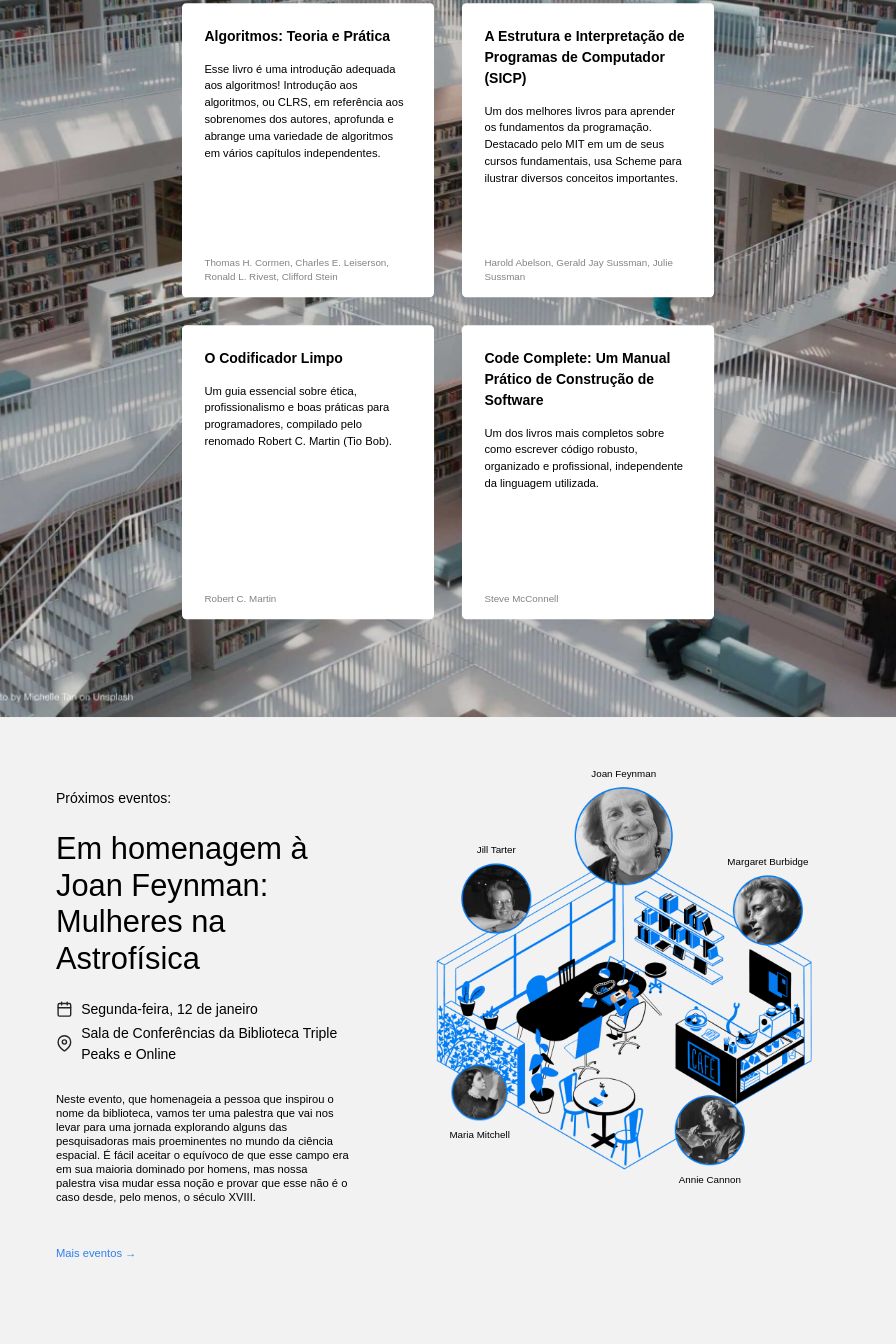
Repository: thainagomesc/web_project_library_pt
Page: index.html
An editor plug-in stored every save of this project. The page is shown before and after the next save, followed by the edit.
The browser window is 1280 px wide. The pictures show the part of the page from y = 962 to 2882 px (the page is 2882 px tall), at 70% of full size.

Above is the page before, as saved 2025-12-28 21:45:13.

After the next save:
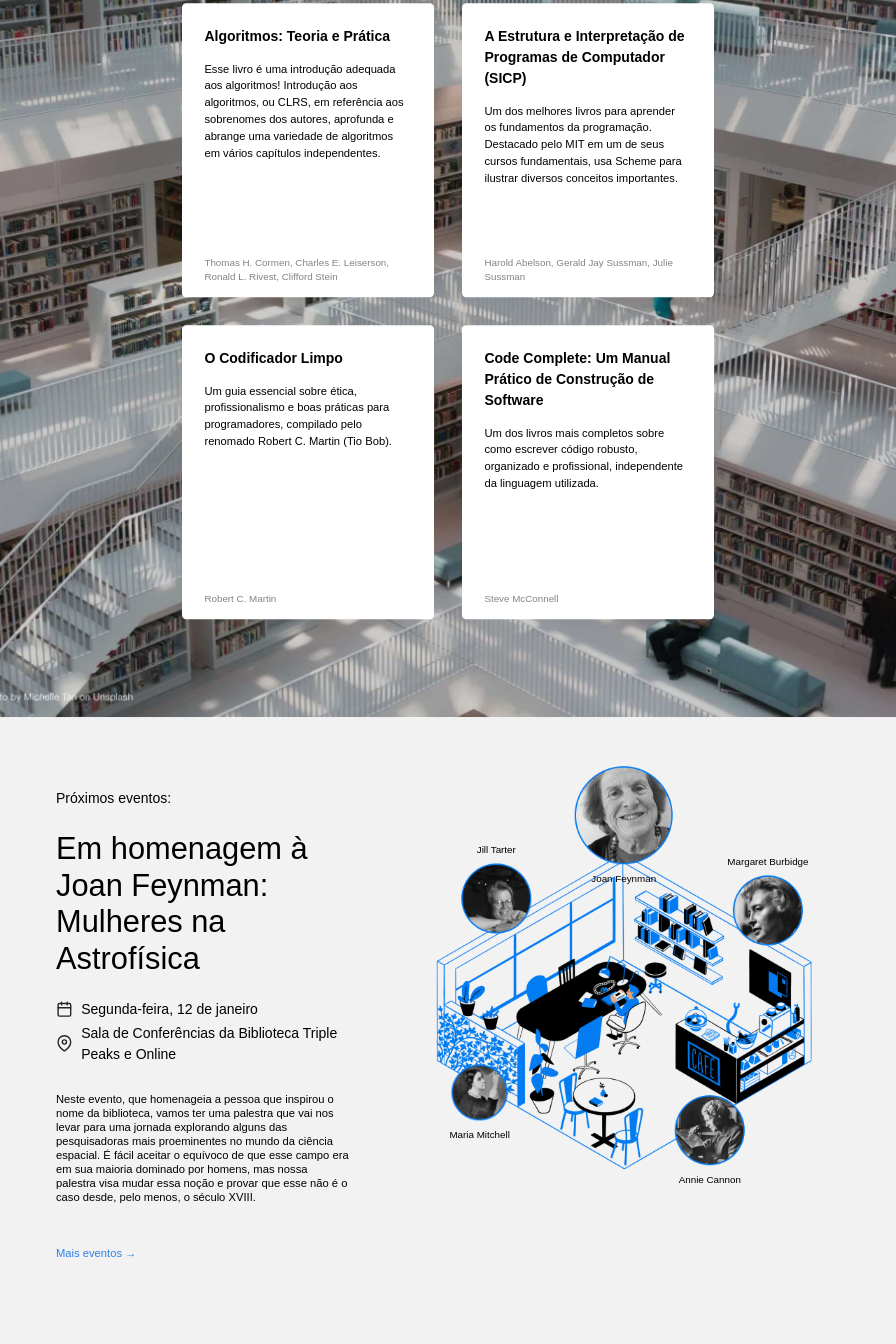
Saved 19 min 29 s later.
--- a/index.html
+++ b/index.html
@@ -166,15 +166,15 @@
             class="events__image"
           />
 
-          <div class="person person_name_feynman">
-            <p class="person__caption">Joan Feynman</p>
-
-            <img
-              src="./images/person_feynman.png"
-              alt="Ilustração de Joan Feynman"
-              class="person__image person__image_size_l"
-            />
-          </div>
+        <div class="person person_name_feynman">
+          <img
+            src="./images/person_feynman.png"
+            alt="Ilustração de Joan Feynman"
+            class="person__image person__image_size_l"
+          />
+
+          <p class="person__caption">Joan Feynman</p>
+        </div>
 
           <div class="person person_name_burbidge">
             <p class="person__caption">Margaret Burbidge</p>

After the save that followed:
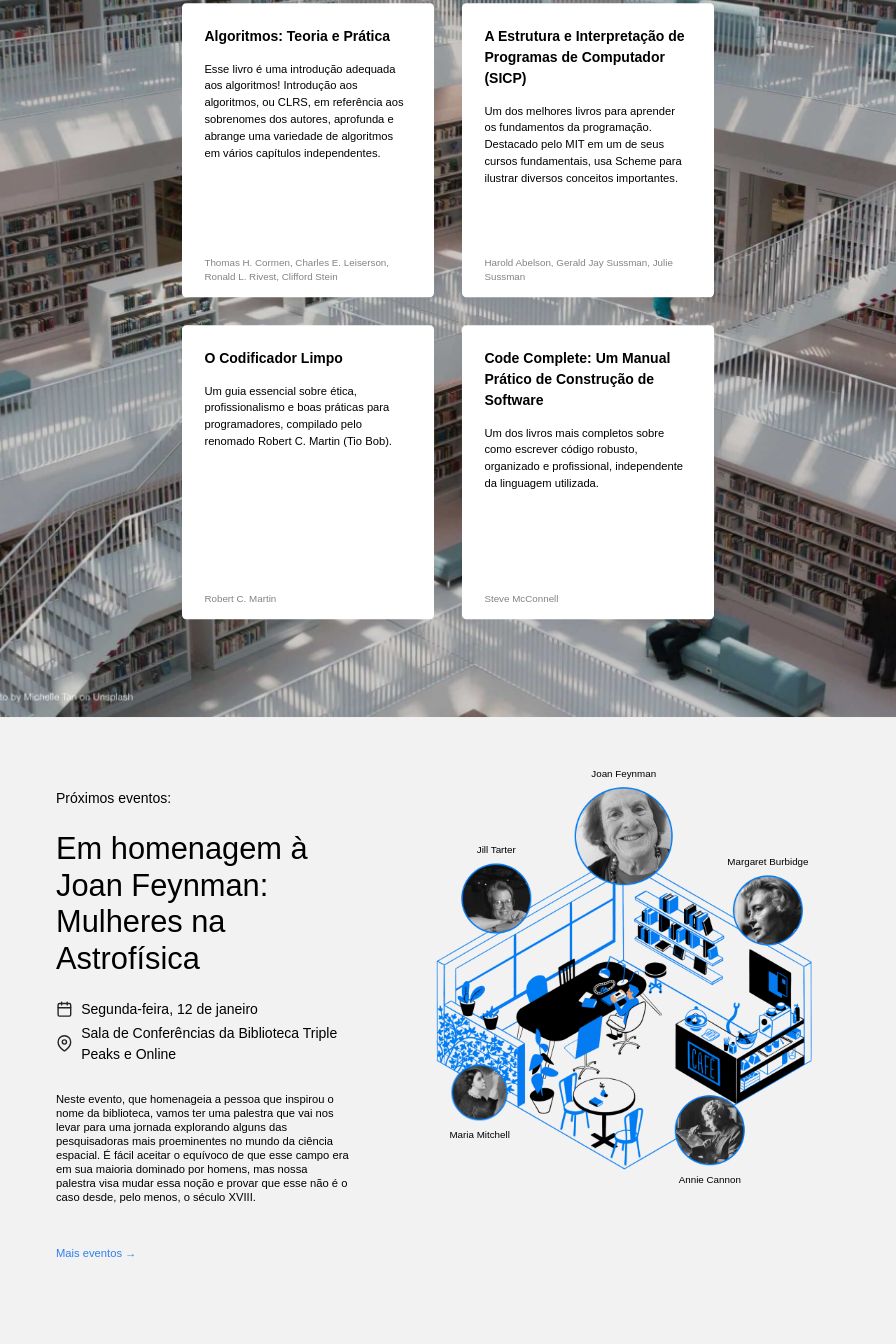
Saved 4 min 52 s later.
--- a/index.html
+++ b/index.html
@@ -166,15 +166,15 @@
             class="events__image"
           />
 
-        <div class="person person_name_feynman">
-          <img
-            src="./images/person_feynman.png"
-            alt="Ilustração de Joan Feynman"
-            class="person__image person__image_size_l"
-          />
-
-          <p class="person__caption">Joan Feynman</p>
-        </div>
+          <div class="person person_name_feynman">
+            <p class="person__caption">Joan Feynman</p>
+
+            <img
+              src="./images/person_feynman.png"
+              alt="Ilustração de Joan Feynman"
+              class="person__image person__image_size_l"
+            />
+          </div>
 
           <div class="person person_name_burbidge">
             <p class="person__caption">Margaret Burbidge</p>
